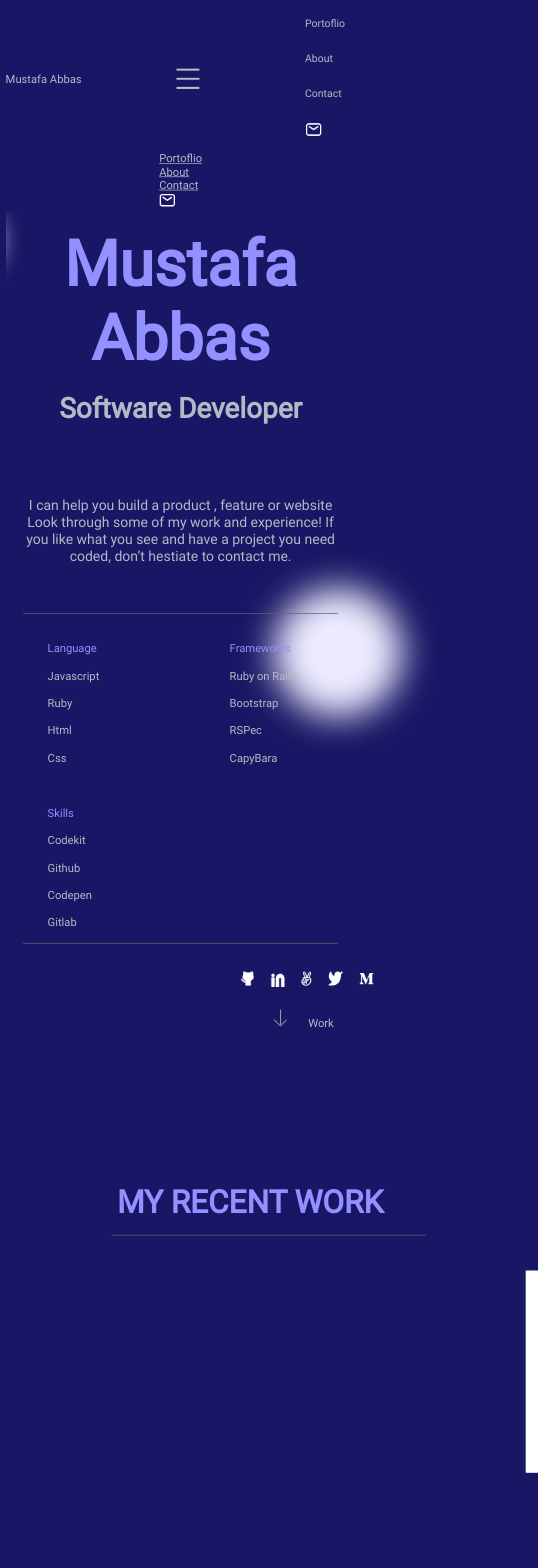
Repository: mustabbas/Portfolio
Page: index.html
The author's editor kept a copy of each file at every save. The page is drawn from the files as they stood at one save, then again after the next save.
The browser window is 768 px wide. The pictures show the part of the page from y = 0 to 2240 px (the page is 6523 px tall before and 6353 px after), at 70% of full size.

Above is the page before, as saved 2021-08-30 18:57:59.

### index.html
<!DOCTYPE html>
<html lang="en">
  <head>
    <meta charset="UTF-8" />
    <meta name="viewport" content="width=device-width, initial-scale=1.0" />
    <meta http-equiv="X-UA-Compatible" content="ie=edge" />
    <link rel="stylesheet" href="style.css" />
    <title>Mustafa's Portfolio</title>
    <!-- Global site tag (gtag.js) - Google Analytics -->
    <script async src="https://www.googletagmanager.com/gtag/js?id=G-TS9HX0J7DB"></script>
    <script>
      window.dataLayer = window.dataLayer || [];
      function gtag() {
        dataLayer.push(arguments);
      }
      gtag("js", new Date());

      gtag("config", "G-TS9HX0J7DB");
    </script>
  </head>
  <body>
    <section class="container">
      <header class="header">
        <a href="#">Mustafa Abbas</a>
        <nav id="humberger" class="humberger">
          <img src="./assets/img/humberger.png" alt="hamburger" />
          <img src="./assets/img/humberger.png" alt="hamburger" />
          <img src="./assets/img/humberger.png" alt="hamburger" />
        </nav>
        <ul class="main-nav">
          <li><a href="#">Portoflio</a></li>
          <li><a href="#">About</a></li>
          <li><a href="#">Contact</a></li>
          <li>
            <a href="#"><img class="email-pic" src="./assets/img/Icon-Mail.png" alt="email" /></a>
          </li>
        </ul>
      </header>
      <ul class="mobile-nav">
        <li><a href="#">Portoflio</a></li>
        <li><a href="#">About</a></li>
        <li><a href="#">Contact</a></li>
        <li>
          <a href="#"><img class="email-pic" src="./assets/img/Icon-Mail.png" alt="email" /></a>
        </li>
      </ul>
      <div class="head-wraper">
        <div class="title-wraper">
          <h1>Mustafa Abbas</h1>
          <h2>Software Developer</h2>
        </div>
      </div>
      <div class="wrap-content">
        <div class="box"><p>I can help you build a product , feature or website Look through some of my work and experience! If you like what you see and have a project you need coded, don’t hestiate to contact me.</p></div>
        <div class="line"></div>
        <div class="skills">
          <ul>
            <li>Language</li>
            <li>Javascript</li>
            <li>Ruby</li>
            <li>Html</li>
            <li>Css</li>
          </ul>
          <ul>
            <li>Frameworks</li>
            <li>Ruby on Rails</li>
            <li>Bootstrap</li>
            <li>RSPec</li>
            <li>CapyBara</li>
          </ul>
          <ul>
            <li>Skills</li>
            <li>Codekit</li>
            <li>Github</li>
            <li>Codepen</li>
            <li>Gitlab</li>
          </ul>
        </div>
        <div class="line"></div>
      </div>
    </section>
    <div class="footer-nav ml justify-space">
      <div class="work-container work-reverse">
        <div class="arrow-container arrow-reverse">
          <img src="./assets/img/Vector-line-arrow.png" alt="Vector-line-arrow" />
          <img src="./assets/img/Vector-arrow.png" alt="Vector-arrow" />
        </div>
        <span>Work</span>
      </div>
      <div class="vector-container">
        <ul>
          <li><img src="./assets/img/Vector-github.png" alt="Vector-github" /></li>
          <li>
            <div class="linked-container">
              <div>
                <img src="./assets/img/Vector-dot-linkedin.png" alt="Vector-dot-linkedin" />
                <img src="./assets/img/Vector-line-linkedin.png" alt="Vector-line-linkedin" />
              </div>
              <img id="vector2" src="./assets/img/Vector-n-linkedin.png" alt="Vector-n-linkedin" />
            </div>
          </li>
          <li><img src="./assets/img/Vector.png" alt="Vecto-angellist" /></li>
          <li><img src="./assets/img/Vector-twitter.png" alt="Vector-twitter" /></li>
          <li><img src="./assets/img/Vector-M.png" alt="Vector-medium" /></li>
        </ul>
      </div>
      <div class="work-container">
        <div class="arrow-container">
          <img src="./assets/img/Vector-line-arrow.png" alt="Vector-line-arrow" />
          <img src="./assets/img/Vector-arrow.png" alt="Vector-arrow" />
        </div>
        <span>Work</span>
      </div>
    </div>

    <section class="recent-work">
      <h3>My recent work</h3>
      <div class="line"></div>
      <div class="card card-left">
        <img src="./assets/img/Placeholder.png" alt="recent-work" />
        <div class="card-body">
          <h4>Multi-Post Stories</h4>
          <p>A daily selection of privately personalized reads; no accounts or sign-ups required. has been the industry's standard dummy text ever since the 1500s, when an unknown printer took a standard dummy text.</p>
          <ul>
            <li>css</li>
            <li class="vertical-line"></li>
            <li>html</li>
            <li class="vertical-line"></li>
            <li>bootstrap</li>
            <li class="vertical-line"></li>
            <li>Ruby</li>
          </ul>
          <button type="button" class="button">See Project</button>
        </div>
      </div>
      <div class="card card-reverse">
        <img src="./assets/img/Placeholder.png" alt="recent-work" />
        <div class="card-body">
          <h4>Multi-Post Stories</h4>
          <p>A daily selection of privately personalized reads; no accounts or sign-ups required. has been the industry's standard dummy text ever since the 1500s, when an unknown printer took a standard dummy text.</p>
          <ul>
            <li>css</li>
            <li class="vertical-line"></li>
            <li>html</li>
            <li class="vertical-line"></li>
            <li>bootstrap</li>
            <li class="vertical-line"></li>
            <li>Ruby</li>
          </ul>
          <button type="button" class="button">See Project</button>
        </div>
      </div>
      <div class="card card-left">
        <img src="./assets/img/Placeholder.png" alt="recent-work" />
        <div class="card-body">
          <h4>Multi-Post Stories</h4>
          <p>A daily selection of privately personalized reads; no accounts or sign-ups required. has been the industry's standard dummy text ever since the 1500s, when an unknown printer took a standard dummy text.</p>
          <ul>
            <li>css</li>
            <li class="vertical-line"></li>
            <li>html</li>
            <li class="vertical-line"></li>
            <li>bootstrap</li>
            <li class="vertical-line"></li>
            <li>Ruby</li>
          </ul>
          <button type="button" class="button">See Project</button>
        </div>
      </div>
      <div class="card card-reverse">
        <img src="./assets/img/Placeholder.png" alt="recent-work" />
        <div class="card-body">
          <h4>Multi-Post Stories</h4>
          <p>A daily selection of privately personalized reads; no accounts or sign-ups required. has been the industry's standard dummy text ever since the 1500s, when an unknown printer took a standard dummy text.</p>
          <ul>
            <li>css</li>
            <li class="vertical-line"></li>
            <li>html</li>
            <li class="vertical-line"></li>
            <li>bootstrap</li>
            <li class="vertical-line"></li>
            <li>Ruby</li>
          </ul>
          <button type="button" class="button">See Project</button>
        </div>
      </div>
      <div class="card card-reverse">
        <img src="./assets/img/Placeholder.png" alt="recent-work" />
        <div class="card-body">
          <h4>Multi-Post Stories</h4>
          <p>A daily selection of privately personalized reads; no accounts or sign-ups required. has been the industry's standard dummy text ever since the 1500s, when an unknown printer took a standard dummy text.</p>
          <ul>
            <li>css</li>
            <li class="vertical-line"></li>
            <li>html</li>
            <li class="vertical-line"></li>
            <li>bootstrap</li>
            <li class="vertical-line"></li>
            <li>Ruby</li>
          </ul>
          <button type="button" class="button">See Project</button>
        </div>
      </div>
    </section>

    <div class="card-container">
      <div class="card">
        <div class="card-body center-text margin">
          <h3 class="h3-sm">CONTACT US</h3>
          <h3 class="h3-l">Let’s chat!</h3>
          <p id="contact-p">If you have an application you are interested in developing, a feature that you need built or a project that needs coding. I’d love to help with it</p>
          <form method="POST" action="https://formspree.io/f/xdoypzrq" id="aboutmeForm">
            <input type="text" name="name" placeholder="Text Input" maxlength="30" required />
            <input type="email" name="email" placeholder="jeremy@gmail.com" required />
        <h3 class="h3-sm">CONTACT US</h3>
        <h3 class="h3-l">Let’s chat!</h3>
        <p id="contact-p">If you have an application you are interested in developing, a feature that you need built or a project that needs coding. I’d love to help with it </p>
        <form method="POST" action="https://formspree.io/f/xdoypzrq" id="aboutmeForm">
            <input type="text" name="name" placeholder="Text Input" maxlength="30" required/>
            <input type="email" name="email" placeholder="jeremy@gmail.com" required/>
            <textarea name="description" rows="15" cols="48" placeholder="Enter text here" maxlength="500" required></textarea>
            <button type="submit" form="aboutmeForm" class="button btn">See Project</button>
          </form>
        </div>
        <footer class="footer-nav justify-center">
          <div class="vector-container">
            <ul>
              <li><img src="./assets/img/Vector-github.png" alt="Vector-github" /></li>
              <li>
                <div class="linked-container">
                  <div>
                    <img src="./assets/img/Vector-dot-linkedin.png" alt="Vector-dot-linkedin" />
                    <img src="./assets/img/Vector-line-linkedin.png" alt="Vector-line-linkedin" />
                  </div>
                  <img src="./assets/img/Vector-n-linkedin.png" alt="Vector-n-linkedin" />
                </div>
              </li>
              <li><img src="./assets/img/Vector.png" alt="Vector-angellist" /></li>
              <li><img src="./assets/img/Vector-twitter.png" alt="Vector-twitter" /></li>
              <li><img src="./assets/img/Vector-M.png" alt="Vector-medium" /></li>
            </ul>
          </div>
          <span>emailhere@email.com</span>
        </footer>
      </div>
    </div>
    <script type='text/javascript' src='./assets/script.js'></script>
  </body>
</html>

### style.css
@font-face {
  font-family: 'roboto';
  src: url(assets/font/Roboto/Roboto-Regular.ttf);
}

body {
  background-color: #191765;
  font-family: 'roboto', sans-serif;
}

ul {
  margin: 0;
  padding: 0;
  list-style: none;
}

h1 {
  color: #9390ff;
}

p,
h2,
td,
li,
a,
span {
  color: #b3bac5;
}

.container {
  display: flex;
  flex-direction: column;
  justify-content: center;
}

.header {
  display: flex;
  justify-content: space-around;
  align-items: center;
}

.header a {
  text-decoration: none;
}

.header h2 {
  font-size: 18px;
  line-height: 20px;
}

.main-nav {
  display: flex;
}

.main-nav a {
  display: block;
  padding: 1em;
  text-decoration: none;
  font-size: 15px;
  line-height: 20px;
}

.head-wraper {
  display: flex;
  justify-content: center;
  align-items: center;
  background-image: url("./assets/img/circle1header.svg");
  background-repeat: no-repeat;
}

.title-wraper {
  flex-direction: column;
  justify-content: center;
}

.box {
  min-width: 450px;
  margin: 50px;
}

.box p {
  font-size: 20px;
  font-weight: 300;
  text-align: center;
  color: #b3bac5;
  max-width: 450px;
}

.wrap-content {
  background-image: url("./assets/img/circle1header.svg");
  background-repeat: no-repeat;
}

.skills {
  display: flex;
  justify-content: space-between;
}

.skills ul {
  width: 40%;
  margin-top: 20px;
  margin-left: 40px;
}

.skills li {
  margin: 20px;
}

.skills ul li:first-child {
  color: #9390ff;
}

.email-pic {
  color: #b3bac5;
}

.footer-nav {
  display: flex;
  align-items: center;
  margin-top: 40px;
}

.work-container {
  display: flex;
  justify-content: space-around;
}

.work-reverse {
  flex-direction: row-reverse;
}

.arrow-reverse {
  margin-left: 10px;
}

.vector-container {
  width: 200px;
}

.vector-container ul {
  display: flex;
  justify-content: space-between;
  align-items: center;
}

.vector-container img {
  margin-left: 10px;
}

.arrow-container {
  display: flex;
  flex-direction: column;
  align-items: flex-start;
  margin-right: 10px;
}

.arrow-container img:first-child {
  margin-left: 9px;
}

.arrow-container img:last-child {
  margin-top: -8px;
}

.linked-container {
  display: flex;
}

.linked-container div {
  display: flex;
  flex-direction: column;
}

#vector2 {
  margin-left: auto;
}

.recent-work h3 {
  font-size: 45px;
  color: #9390ff;
  margin: 20px;
  text-transform: uppercase;
  margin-left: 150px;
}

.recent-work {
  margin-top: 200px;
  display: grid;
  grid-template-columns: auto;
  grid-template-rows: auto;
  justify-content: center;
}

.card {
  display: flex;
  margin-left: 142px;
  margin-top: 50px;
}

.card-container {
  display: grid;
  grid-template-columns: auto;
  grid-template-rows: auto;
  justify-content: center;
}

.card-container .card-body {
  width: auto;
}

.card-container .card {
  flex-direction: column;
}

.card-body h4 {
  font-size: 40px;
  color: #fff;
}

.card-body p {
  font-size: 20px;
  line-height: 28px;
  text-align: left;
  animation-name: card-p;
  animation-duration: 3s;
  animation-timing-function: linear;
  animation-direction: alternate;
}

@keyframes card-p {
  from {
    font-size: 10px;
    line-height: 10px;
  }

  to {
    font-size: 20px;
    line-height: 28px;
  }
}

.card-body ul {
  display: flex;
  justify-content: space-around;
  font-size: 15px;
  text-align: left;
}

.center-text {
  text-align: center;
}

#contact-p {
  font-size: 16px;
  line-height: 24px;
  text-align: center;
}

.vertical-line {
  height: 50px;
  border-right: 3px solid #646369;
}

.button {
  background-color: #7d73fc;
  width: 100px;
  height: 60px;
  color: #fff;
  font-size: 15px;
  margin-top: 20px;
}

.button:hover {
  box-shadow: 0 8px 16px rgba(125, 115, 252, 0.48);
}

.button:enabled {
  background-color: #7d73fc;
}

.button:focus {
  background-color: #5e42d7;
}

.button:disabled {
  background-color: #2a2b33;
}

input {
  width: 100%;
  height: 60px;
  padding: 12px 20px;
  margin: 8px 0;
  display: inline-block;
  border: 1px solid #ccc;
  border-radius: 4px;
  box-sizing: border-box;
  margin-bottom: 30px;
}

textarea {
  width: 100%;
}

textarea::placeholder {
  font-size: 20px;
  padding: 20px;
}

.btn {
  margin-top: 30px;
}

/* Desktop view */
@media (min-width: 768px) {
  .card {
    height: 448px;
  }

  .card-left {
    animation-name: leftcard;
    animation-duration: 3s;
    animation-timing-function: linear;
    animation-direction: alternate;
  }

  @keyframes leftcard {
    0% { margin-left: 100%; }
    25% { margin-left: 75%; }
    50% { margin-left: 50%; }
    75% { margin-left: 25%; }
    100% { margin-left: 142px; }
  }

  .card-body {
    margin-left: 24px;
    width: 40%;
  }

  .line {
    min-width: 450px;
    border-bottom: 1px solid #646369;
    margin-left: 142px;
    margin-right: 142px;
  }

  .card-reverse {
    flex-direction: row-reverse;
    animation-name: reversecard;
    animation-duration: 3s;
    animation-timing-function: linear;
    animation-direction: alternate;
    margin-right: 142px;
  }

  @keyframes reversecard {
    from {
      margin-right: 100%;
    }

    to {
      margin-right: 142px;
    }
  }

  .card-reverse img {
    margin-left: 20px;
  }

  .head-wraper {
    background-position: 70px -10px;
    background-size: 184px 184px;
  }

  .title-wraper h1 {
    font-size: 90px;
    line-height: 105px;
    font-weight: bold;
    margin: 24px 0;
    text-align: center;
  }

  .title-wraper h2 {
    font-size: 40px;
    line-height: 47px;
    margin-top: 0;
    text-align: center;
  }

  .wrap-content {
    display: flex;
    flex-direction: column;
    justify-content: center;
    align-items: center;
    background-position: 90% 50px;
  }

  .justify-space {
    justify-content: space-around;
  }

  .justify-center {
    justify-content: center;
  }

  .footer-nav span {
    margin-left: 20px;
  }

  .h3-l {
    font-size: 40px;
    line-height: 24px;
    color: #9390ff;
    margin: 20px;
  }

  .h3-sm {
    display: none;
  }

  .margin {
    margin-left: 200px;
    margin-right: 300px;
  }
}

/* mobile view */
@media (max-width: 768px) {
  .container {
    align-items: center;
    width: 500px;
  }

  .header {
    width: 500px;
    justify-content: space-between;
  }

  .main-nav {
    /* display: none; */
    flex-direction: column;
  }



  .head-wraper {
    width: 500px;
    background-position: -160px -50px;
  }

  .head-wraper img {
    margin-left: -200px;
  }

  .right {
    margin-right: -100px;
  }

  .container img {
    margin-right: -500px;
  }

  .box {
    width: 33.333%;
  }

  .skills {
    flex-wrap: wrap;
    width: 500px;
    background-position: 400px 10px;
  }

  .humberger {
    display: flex;
    flex-direction: column;
    justify-content: space-between;
  }

  .humberger img {
    width: 33.33px;
    height: 3px;
    margin: 5px;
    background-color: #b3bac5;
  }

  .footer-nav {
    width: auto;
    flex-direction: column;
  }

  .footer-nav span {
    margin-top: 10px;
  }

  .ml {
    margin-left: 100px;
  }

  .upper {
    display: none !important;
  }

  .work-container {
    display: flex;
    margin-top: 30px;
  }

  .card {
    flex-direction: column;
    width: 400px;
  }

  .line {
    min-width: 450px;
    width: 33.333%;
    border-bottom: 1px solid #646369;
  }

  .wrap-content {
    background-position: 450px 150px;
  }

  .work-reverse {
    display: none;
  }

  .h3-sm {
    font-size: 32px;
    line-height: 44px;
    color: #9390ff;
    margin: 20px;
    text-transform: uppercase;
  }

  .h3-l {
    display: none;
  }
}

### assets/script.js

let humberger = document.getElementById('humberger');
humberger.addEventListener("click", function() {
    console.log('here www');
  });

After the next save:
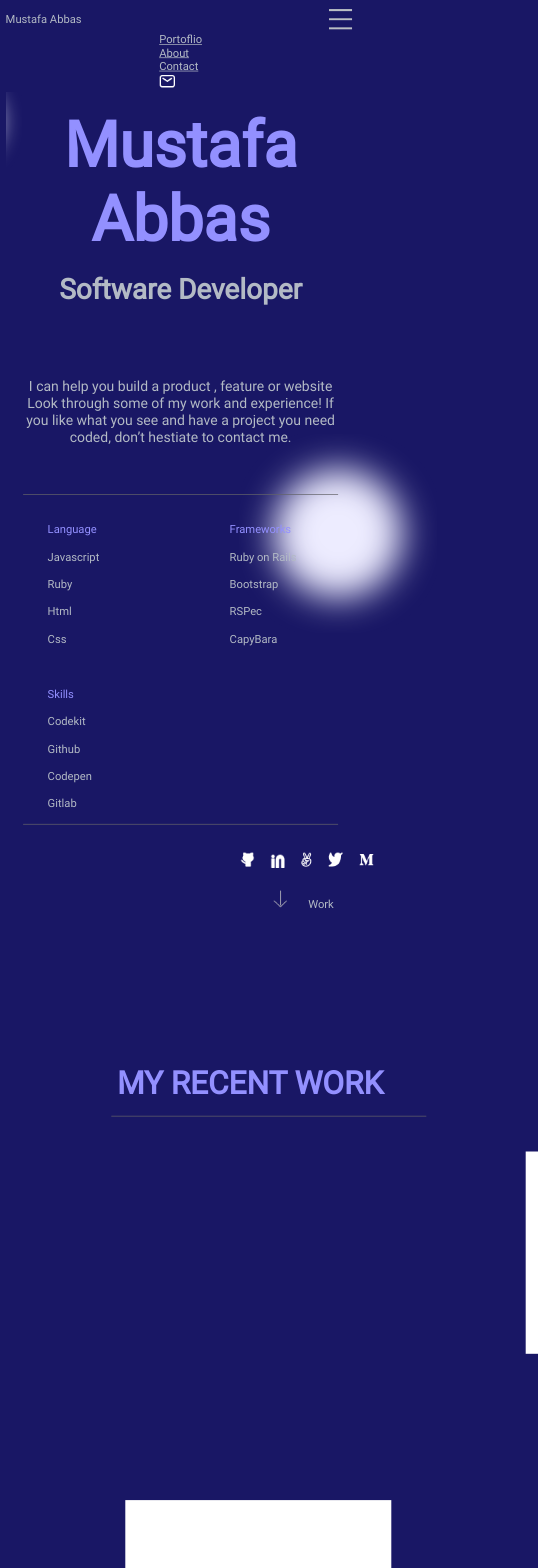
Saved 24 s later.
--- a/style.css
+++ b/style.css
@@ -437,10 +437,12 @@ textarea::placeholder {
   }
 
   .main-nav {
-    /* display: none; */
-    flex-direction: column;
-  }
-
+    display: none;
+  }
+
+  .mobile-nav{
+
+  }
 
 
   .head-wraper {
